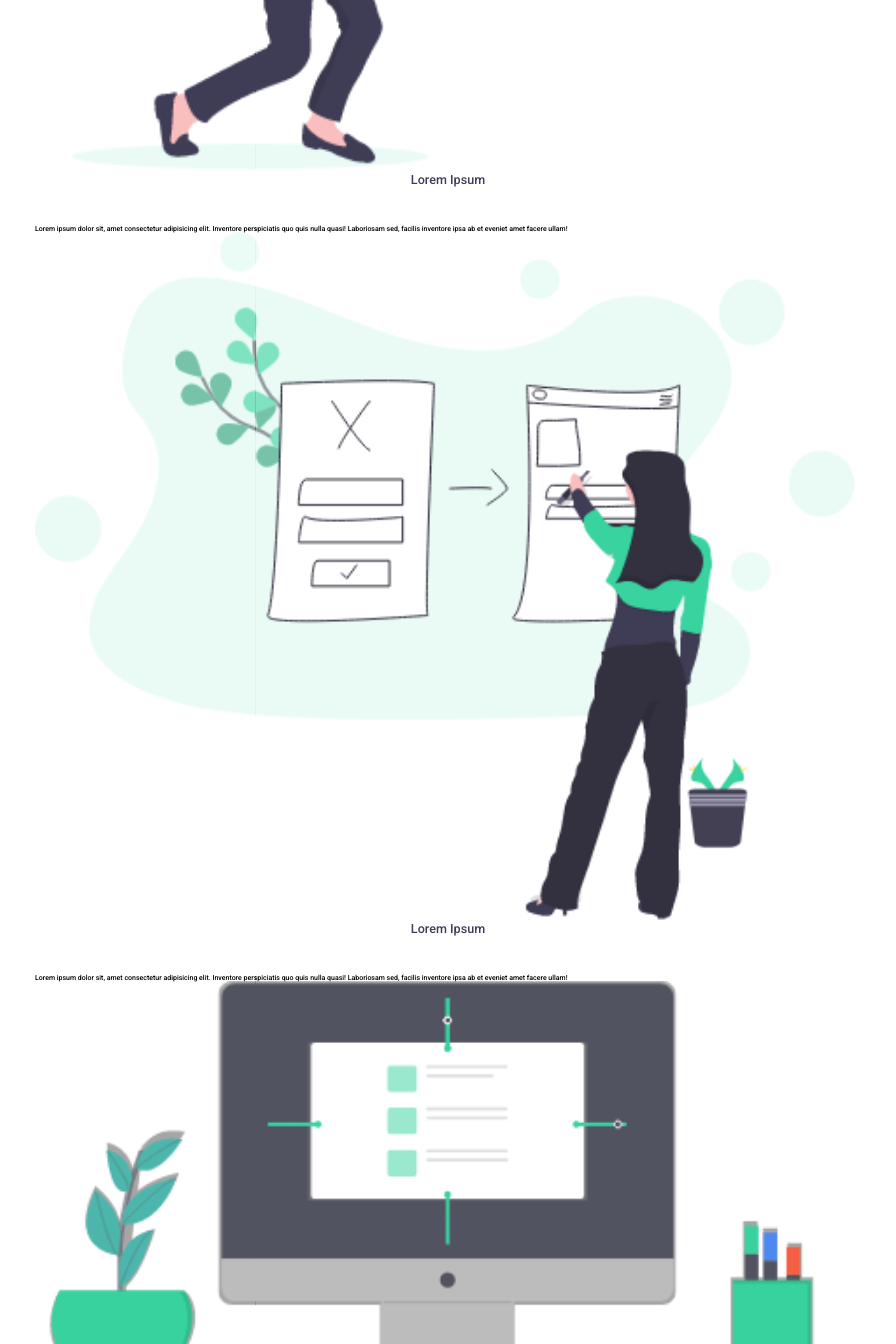
Repository: kebinh1235/porfolio-demo
Page: index.html
These files come from the project's save history. The page is drawn as it stood at one moment and after the next save; the edit follows.
The browser window is 1280 px wide. The pictures show the part of the page from y = 1504 to 3424 px (the page is 3605 px tall before and 3632 px after), at 70% of full size.
Some web libraries are served in a nearby version.

Above is the page before, as saved 2021-10-20 16:13:36.

After the next save:
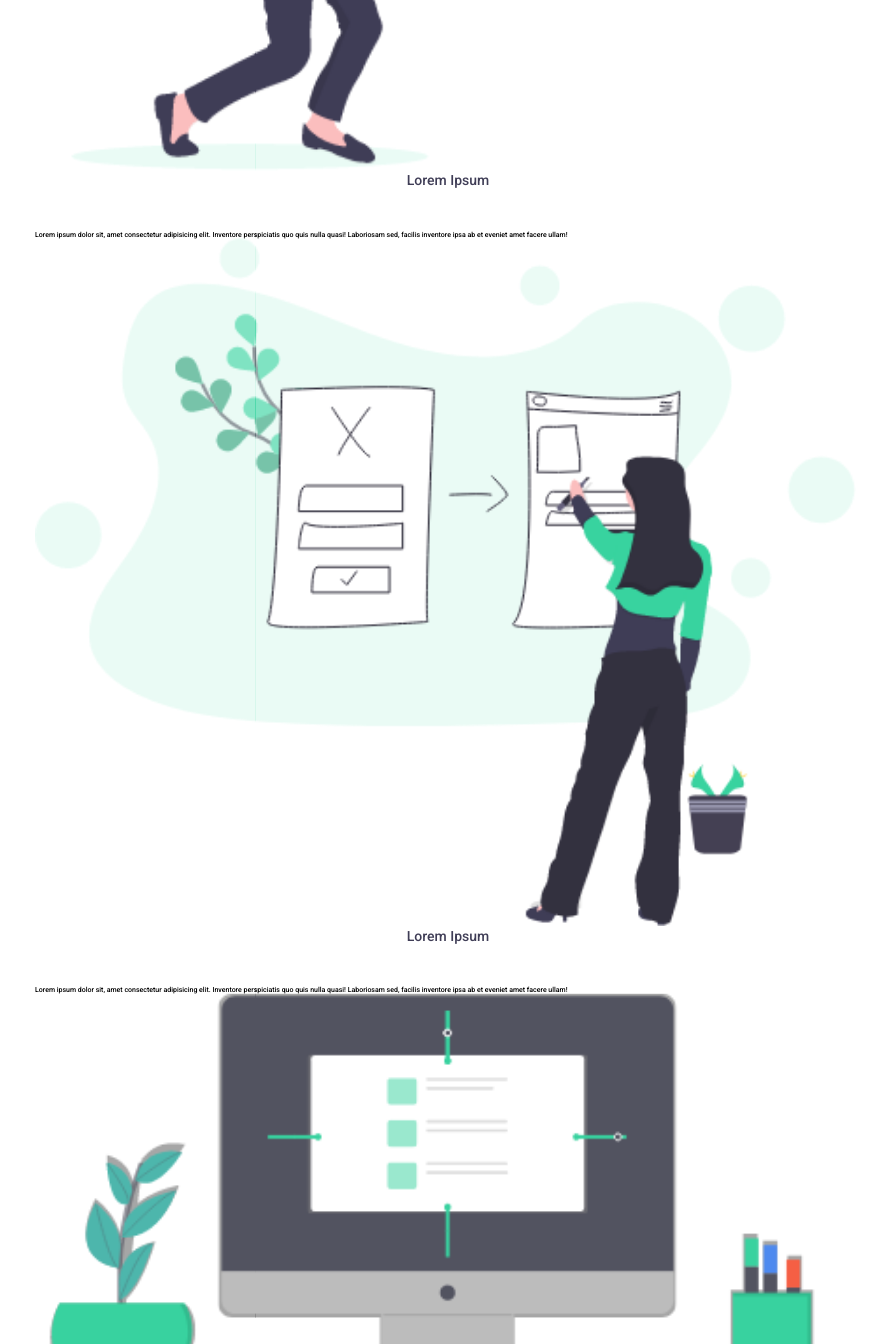
Saved 8 s later.
--- a/css/style.css
+++ b/css/style.css
@@ -234,5 +234,5 @@ header {
   text-align: center;
   color: var(--gray);
   margin-bottom: 3em;
-  font-size: 1.8rem;
-}
+  font-size: 2rem;
+}
